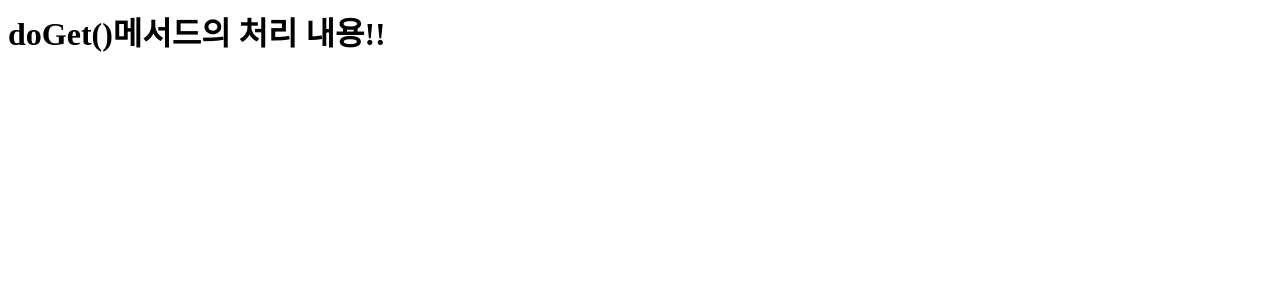
Repository: p2terkim/servletWork
Page: http://localhost/servletTest/servletTest03.do
An editor plug-in stored every save of this project. The page is shown before and after the next save, followed by the edit.
The browser window is 1280 px wide. The pictures show the whole page.
The page is served by Tomcat 9.

Above is the page before, as saved 2021-05-14 04:45:01.

After the next save:
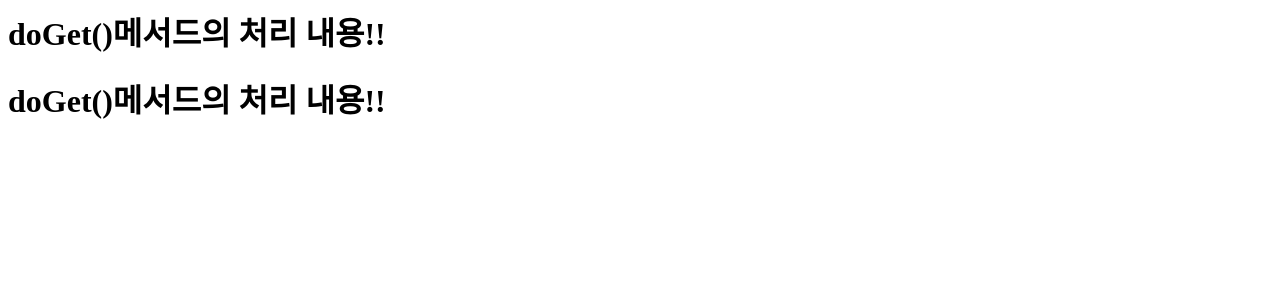
Saved 2 min 7 s later.
--- a/servletTest/src/kr/or/ddit/basic/ServletTest03.java
+++ b/servletTest/src/kr/or/ddit/basic/ServletTest03.java
@@ -44,6 +44,10 @@
 		String method = req.getMethod();
 		System.out.println("method = " + method);
 
+		if("GET".equals(method)) {
+			this.doGet(req, resp);
+		}
+
 	}
 
 	@Override

After the 2 saves that followed:
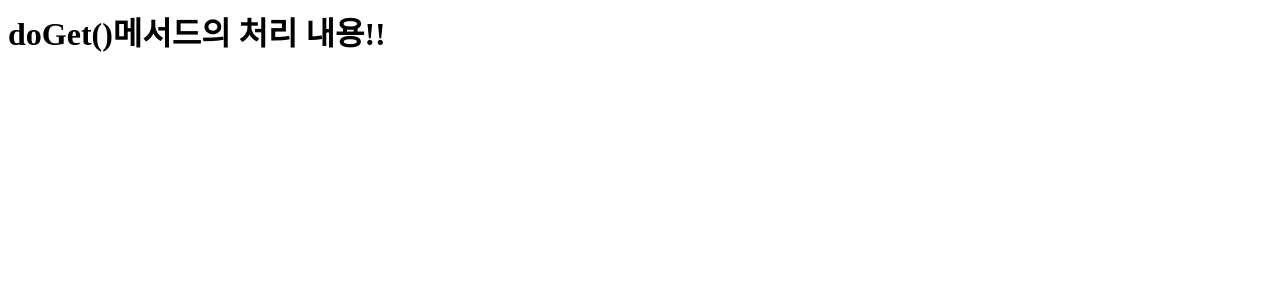
The 2 saves are shown as one change because 1 left the picture as it was.
The last was saved 102 s later.
--- a/servletTest/src/kr/or/ddit/basic/ServletTest03.java
+++ b/servletTest/src/kr/or/ddit/basic/ServletTest03.java
@@ -38,7 +38,7 @@
 
 		//Get방식과 Post방식에 맞는 메서드 호출하기
 		//방법1) 부모 객체인 HttpServlet객체의 service()메서드로 위임해서 처리하기
-		super.service(req, resp);
+		//super.service(req, resp);
 
 		//방법2) 클라이언트의 전송방식(GET, POST등)을 구분해서 직접 메서드 호출하기
 		String method = req.getMethod();
@@ -46,6 +46,8 @@
 
 		if("GET".equals(method)) {
 			this.doGet(req, resp);
+		}else if("POST".equals(method)) {
+			this.doPost(req, resp);
 		}
 
 	}
